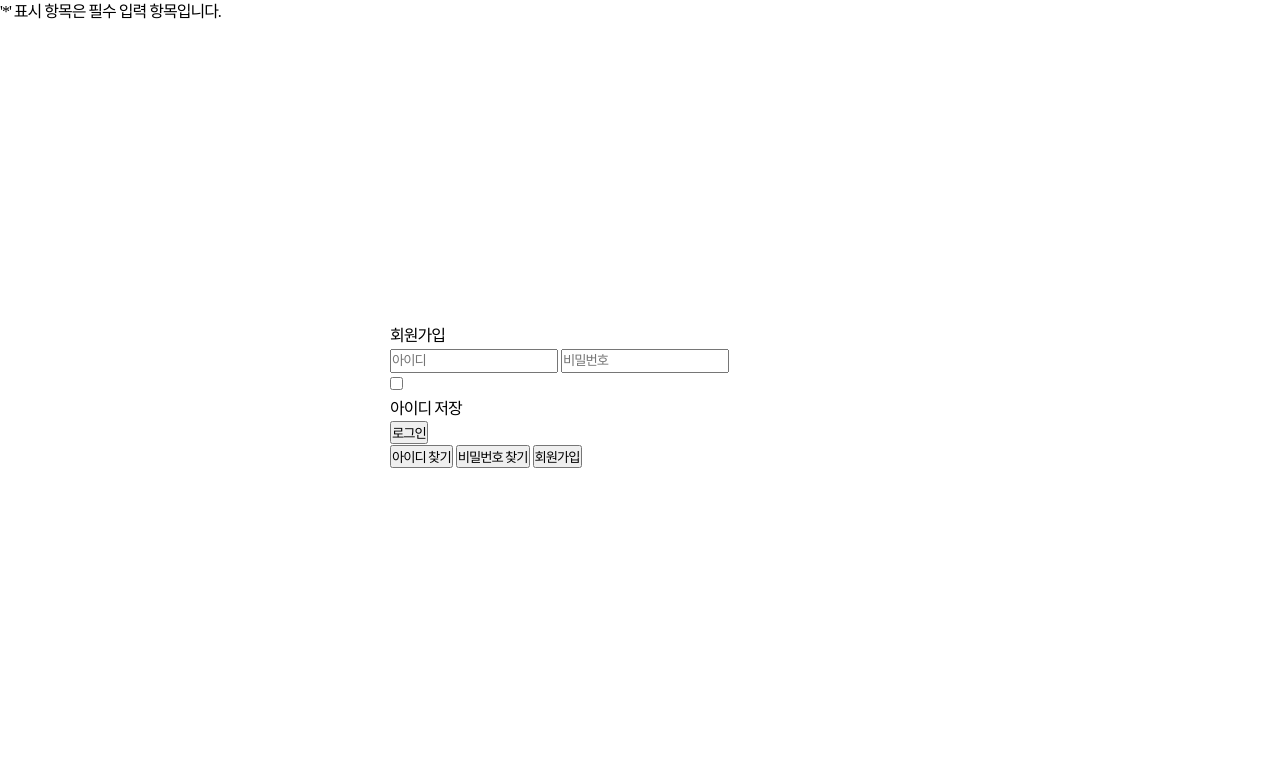
Repository: InhoKang92/jsp_1018
Page: http://localhost/Web_01/join.jsp
These files come from the project's save history. The page is drawn as it stood at one moment and after the next save; the edit follows.
The browser window is 1280 px wide. The pictures show the whole page.
Some web fonts or font styles are not loaded; a fallback is used. The page is served by Tomcat 9. Other server files are loaded and not shown.

Above is the page before, as saved 2024-10-16 01:56:50.

### Web_01/src/main/webapp/join.jsp
<%@ page language="java" contentType="text/html; charset=UTF-8"
pageEncoding="UTF-8"%>
<!DOCTYPE html>
<html>
<head>
<meta charset="UTF-8">

<link rel="stylesheet" href="css/reset.css">
<link rel="stylesheet" href="css/join.css">

<title>모던하우스 회원가입</title>
</head>
<body>


      <form method="post" name="frm">
      	'*' 표시 항목은 필수 입력 항목입니다.
        <div class="join_box">
            <div class="title_box">회원가입</div>
            <div class="input_box">
                <input class="id_input" type="text" placeholder="아이디" name="userid">
                <input class="pw_input" type="password" placeholder="비밀번호" name="pwd">
                <div class="save_box">
                    <input id="check" type="checkbox">
                    <label for="check"></label>
                    <p class="save">아이디 저장</p>
                </div>

            </div>
            <input type="submit" class="login_btn" value="로그인" onclick="return loginCheck()">
            <div class="etc_box">
                <input type="button" value="아이디 찾기">
                <input type="button" value="비밀번호 찾기">
                <input type="button" value="회원가입" onclick="location.href='ModernServlet?command=mdh_join_form'">
            </div>
        </div>
      </form>

</body>
</html>

### Web_01/src/main/webapp/css/reset.css
@charset "utf-8";

@font-face {
    font-family: 'Pretendard-Regular';
    src: url('https://fastly.jsdelivr.net/gh/Project-Noonnu/noonfonts_2107@1.1/Pretendard-Regular.woff') format('woff');
    font-weight: 400;
    font-style: normal;
}

/* CSS 리셋 */
* {
    margin: 0;
    padding: 0;
    color: #000;
    list-style: none;
    text-decoration: none;
    box-sizing: border-box;
    line-height: 1.5;
    letter-spacing: -1px;
    font-family: 'Pretendard-Regular';
}

### Web_01/src/main/webapp/css/join.css
@charset "utf-8";

.join_box {
    width: 500px;
    margin: 300px auto;
}
.join_table {
	width: 100%;
}

After the next save:
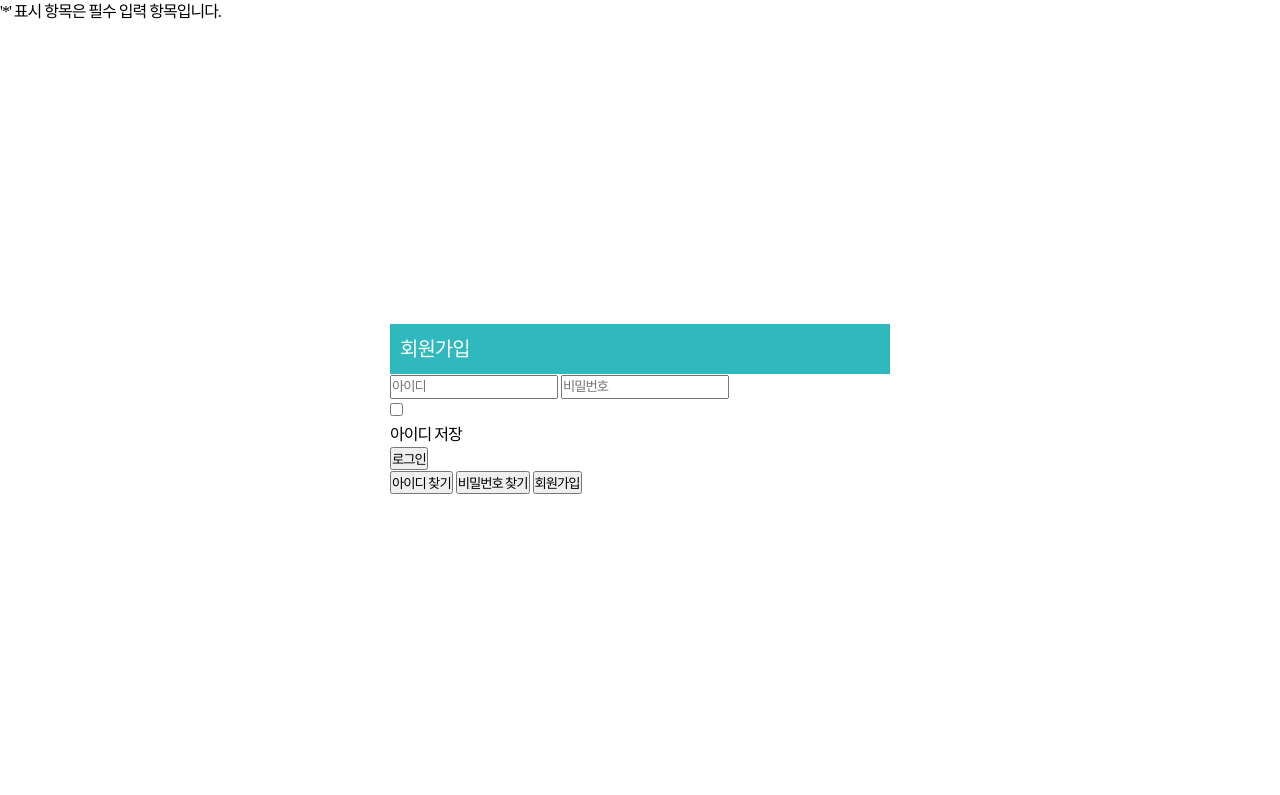
Saved 47 s later.
--- a/Web_01/src/main/webapp/css/join.css
+++ b/Web_01/src/main/webapp/css/join.css
@@ -4,6 +4,30 @@
     width: 500px;
     margin: 300px auto;
 }
-.join_table {
-	width: 100%;
+.title_box {
+    width: 100%;
+    background-color: #2fb8bd;
+    border: none;
+    color: #fff;
+    font-size: 20px;
+    padding: 10px;
 }
+
+.mem {
+    width: 245px;
+    background-color: #2fb8bd;
+    border: none;
+    color: #fff;
+    font-size: 20px;
+    padding: 10px;
+    cursor: pointer;
+}
+.notmem {
+    width: 245px;
+    background-color: #ddd;
+    border: none;
+    color: #666;
+    font-size: 20px;
+    padding: 10px;
+    cursor: pointer;
+}
